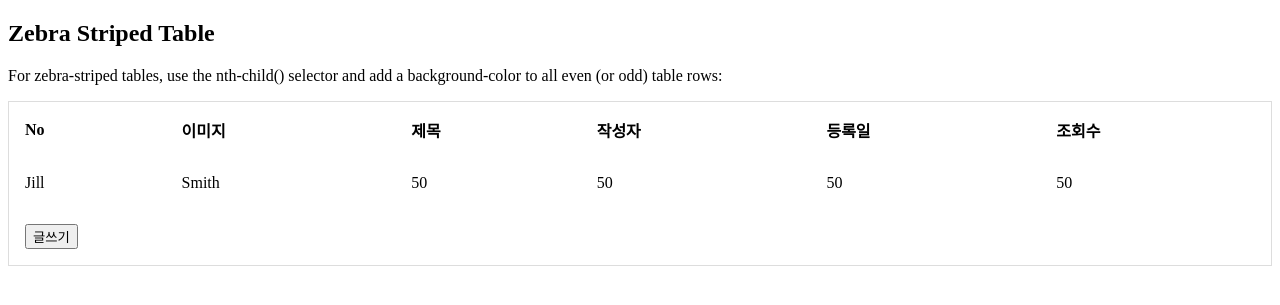
Repository: darae729/Project_shop
Page: http://localhost/SpringApp/WEB-INF/views/gallery/list.jsp
An editor plug-in stored every save of this project. The page is shown before and after the next save, followed by the edit.
The browser window is 1280 px wide. The pictures show the whole page.
The page is served by Tomcat 9. Nobody is signed in. The template is opened directly, without the code that normally fills it, so the values that code supplies are empty.

Above is the page before, as saved 2023-09-06 05:08:56.

After the next save:
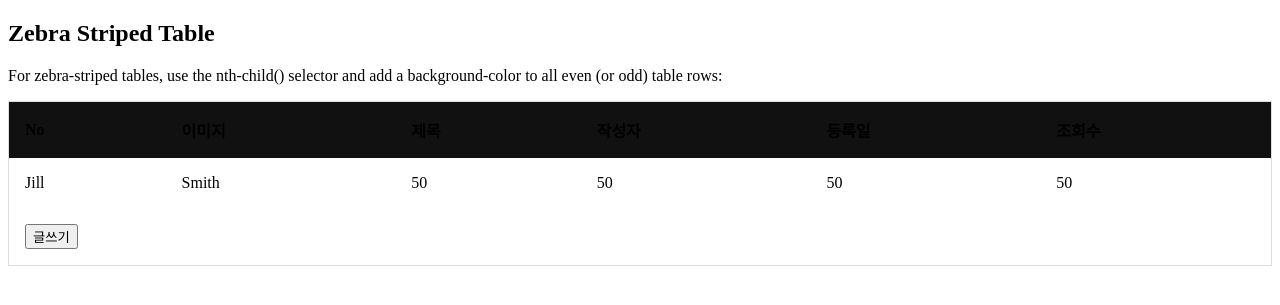
Saved 3 min 3 s later.
--- a/SpringApp/src/main/webapp/WEB-INF/views/gallery/list.jsp
+++ b/SpringApp/src/main/webapp/WEB-INF/views/gallery/list.jsp
@@ -19,6 +19,10 @@ th, td {
 tr:nth-child(even) {
 	background-color: #ffffff;
 }
+
+tr[id=first]{
+	background-color: #111111;
+}
 </style>
 <%@ include file="inc/head_link.jsp" %>
 <script type="text/javascript">
@@ -36,7 +40,7 @@ $(function() {
 		background-color to all even (or odd) table rows:</p>
 
 	<table>
-		<tr>
+		<tr id="first">
 			<th>No</th>
 			<th>이미지</th>
 			<th>제목</th>
